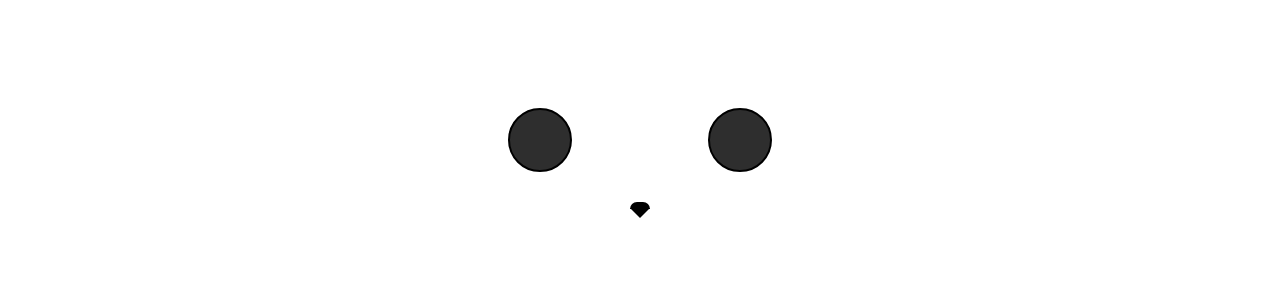
Repository: chenguocan/Pokemon
Page: src/index.html
These files come from the project's save history. The page is drawn as it stood at one moment and after the next save; the edit follows.
The browser window is 1280 px wide. The pictures show the whole page.

Above is the page before, as saved 2020-08-16 11:05:42.

After the next save:
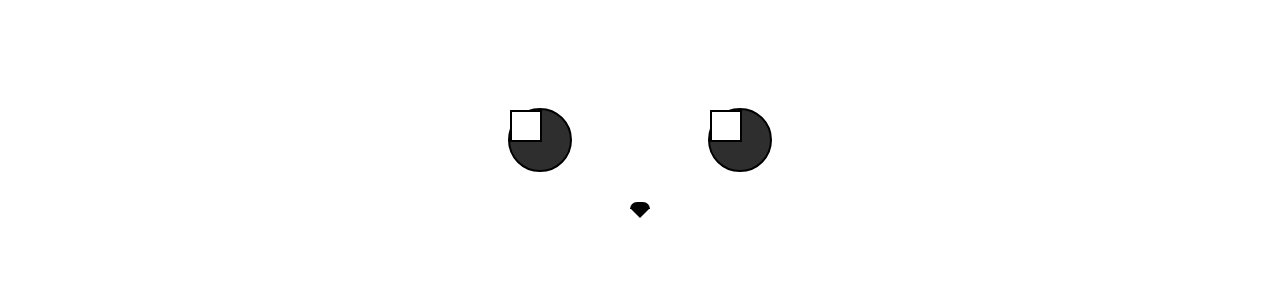
Saved 36 s later.
--- a/src/style.css
+++ b/src/style.css
@@ -43,9 +43,10 @@
 .eye::before{
     content:"";
     display: block;
-    boreder:1px solid red;
-    width: 10px;
-    height: 10px;
+    border:2px solid #000;
+    width: 32px;
+    height: 32px;
+    background:#fff;
 }
 .left{
     transform: translateX(-100px);
